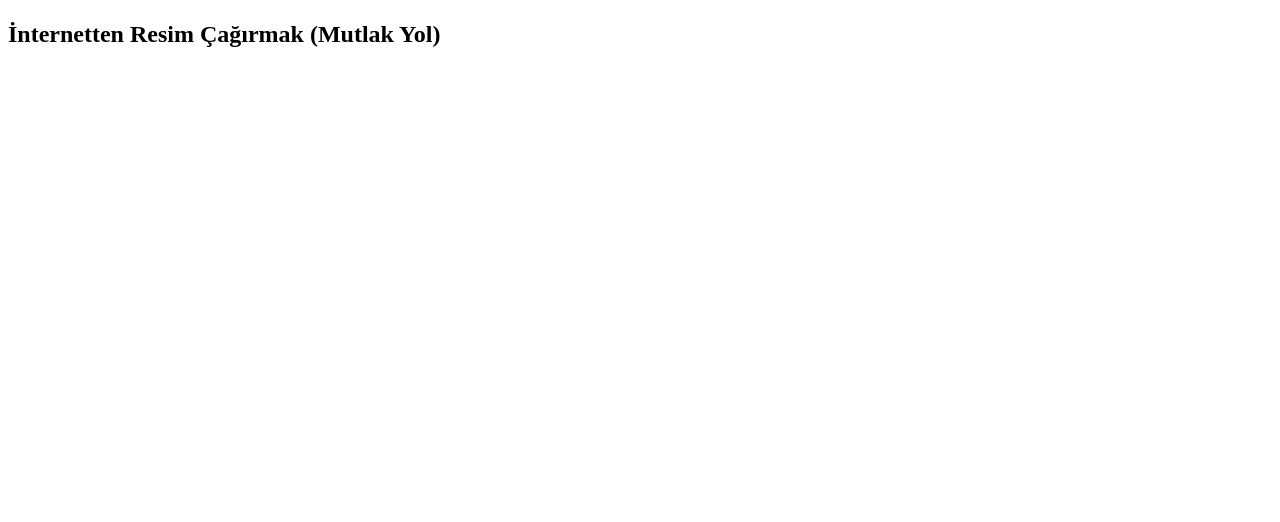
Repository: BeritanBlgn/web-yazilim-muhendisligi
Page: Modul_1/Ders_7/1.7.2_resimler.html
An editor plug-in stored every save of this project. The page is shown before and after a run of saves, followed by the edit.
The browser window is 1280 px wide. The pictures show the whole page.

Above is the page before, as saved 2026-10-21 20:41:33.

After the next 3 saves:
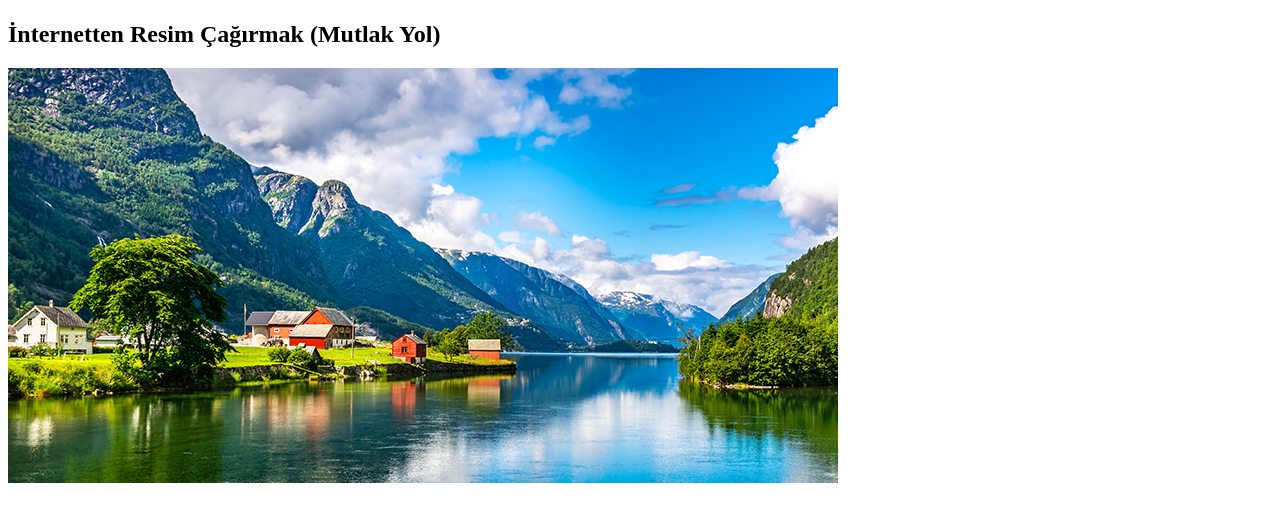
The 3 saves are shown as one change because they came seconds apart.
The last was saved 6 s later.
--- a/Modul_1/Ders_7/1.7.2_resimler.html
+++ b/Modul_1/Ders_7/1.7.2_resimler.html
@@ -18,6 +18,6 @@
       <h2>
         İnternetten Resim Çağırmak (Mutlak Yol)
       </h2>
-      <img src
+      <img src="./manzara.jpg"
 </body>
 </html>
